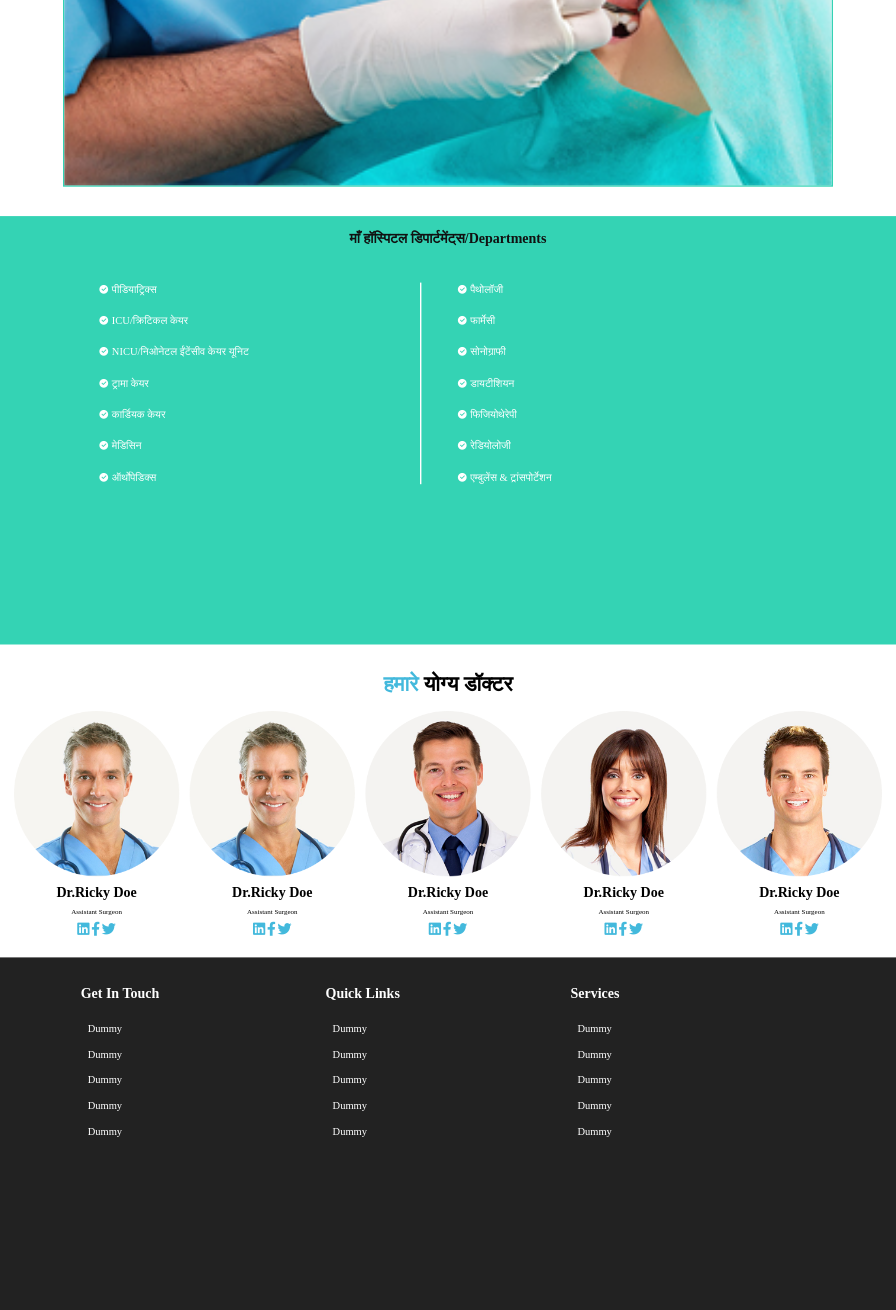
Repository: Aayush919/test
Page: index.html
These files come from the project's save history. The page is drawn as it stood at one moment and after the next save; the edit follows.
The browser window is 1280 px wide. The pictures show the part of the page from y = 2074 to 3994 px (the page is 3946 px tall before and 3994 px after), at 70% of full size.

Above is the page before, as saved 2023-10-15 09:05:53.

### index.html
<!DOCTYPE html>
<html lang="en">
<head>
    <meta charset="UTF-8">
    <meta http-equiv="X-UA-Compatible" content="IE=edge">
    <meta name="viewport" content="width=device-width, initial-scale=1.0">
    <link href="https://cdn.jsdelivr.net/npm/remixicon@3.5.0/fonts/remixicon.css" rel="stylesheet">
    <link rel="stylesheet" href="fontawesome-free-5.15.3-web/css/all.min.css">
    <link rel="stylesheet" href="style.css">
</head>
<body>
    <header class="header">
        <a href="#" id="logo"><span>माँ </span> हॉस्पिटल <span id="guna">गुना</span></a>

        <nav class="navbar">
        <a href="#">होम</a>
        <a href="#">अबाउट</a>
        <a href="#">गैलरी</a>
        <a href="#">ब्लॉग</a>
        <a href="#">संपर्क</a>

        </nav>

    <div class="icons">
        <i class="ri-linkedin-fill"></i>
        <i class="ri-whatsapp-fill"> </i>

    </div>

<a href="#" id="menu_bars" class="fas fa-bars"></a>
    </header>

   <div class="container">
       <div class="main-text">
           <h2> हमारे पास आपके लिए सर्वोत्तम चिकित्सा योजना विकल्प हैं !</h2>
           <button>संपर्क</button>
       </div>
   </div>
<!-- services we provide -->
<div class="service-section">
    <h2 id="ourservices">हमारी सर्विसेज</h2>
    <div class="inner-service-section">
        <div class="service-box">
            <img src="./images/opd.png" alt="">
        <h2 >मल्टी-स्पेशिलिटी OPD सर्विसेज</h2>
        <p><span>"माँ हॉस्पिटल गुना</span>, आपके लिए मल्टी-स्पेशियलिस्ट आउटपेशेंट डिपार्टमेंट (OPD) सेवा प्रदान करता है, जहाँ रोगियों को विभिन्न चिकित्सा क्षेत्रों के विशेषज्ञों का साथ एक ही छत के नीचे प्राप्त होता है।"</p>
        </div>
        <div class="service-box">
             <img src="./images/em.png" alt="">
        <h2>24*7 इमरजेंसी सर्विसेज</h2>

        <p>
            <span>"माँ हॉस्पिटल गुना</span>, 24*7 ( इमरजेंसी सर्विसेज ) आपातकालीन सेवाएँ प्रदान करते हैं, यानि हमेशा आपके स्वास्थ्य की देखभाल के लिए तैयार खड़े हैं, चाहे रात या दिन
            के किस भी समय हो।"
     </p>
        </div>
        <div class="service-box">
            <img src="./images/icu.png" alt="">
        <h2>ICU/क्रिटिकल केयर</h2>
        <p><span>"माँ हॉस्पिटल गुना</span>, में ICU और गंभीर देखभाल विभाग उन रोगियों के लिए है जो जीवन संकट की स्थिति में हैं। हम उनके लिए उनकी स्वास्थ्य स्थिति की सख्त निगरानी और उच्च गुणवत्ता वाला उपचार प्रदान करने के लिए समर्पित हैं।"
        </p>
        </div>

        <div class="service-box">
            <img src="./images/nicu.png" alt="">
        <h2>NICU/निओनेटल ईंटेंसीव केयर यूनिट</h2>
        <p><span>"माँ हॉस्पिटल गुना</span>,में NICU एक अलग शिशु चिकित्सा इकाई है, जिसमें अलग से जन्म वाले और बाहर से आए शिशुओं के लिए विशेष सेवाएँ उपलब्ध हैं। हम शिशुओं की स्वास्थ्य स्थिति की देखभाल करने और उनके जीवन को बचाने के लिए सशक्त प्रतिबद्ध हैं।"</p>
        </div>
    </div>


    <div class="inner-service-section">
        <div class="service-box">
            <img src="./images/pharmacy.png" alt="">
        <h2>24*7 फार्मेसी </h2>
        <p>"हम 24*7 फार्मेसी सेवा प्रदान करते हैं, ताकि आपको दवाओं और आवश्यक स्वास्थ्य सामग्री की आवश्यकता होने पर भी दिन रात किसी भी समय मिल सके।"
        </p>
        </div>
        <div class="service-box">
          <img src="./images/pathology.png" alt="">
        <h2>पैथोलॉजी</h2>
        <p>"हमारा पैथोलॉजी लैब उच्च गुणवत्ता वाली पथोलॉजी सेवाएँ प्रदान करता है और रोगीयों के निदान और चिकित्सा की सही दिशा में मदद करता है।"</p>
        </div>
        <div class="service-box">
          <img src="./images/ambulance.png" alt="">
        <h2>24*7 एम्बुलेंस</h2>
        <p>"हम एम्बुलेंस सेवा और यातायात की सुविधा प्रदान करते हैं, ताकि आपके स्वास्थ्य आवश्यकता के समय हमारे द्वारा आपको त्वरित और सुरक्षित रूप से पहुंचाया जा सके।"</p>
        </div>

        <div class="service-box">
       <img src="/images/cardiac.png" alt="">
        <h2>कार्डियक केयर</h2>
        <p>"हमारा कार्डियक केयर विभाग हृदय रोगों के निदान, उपचार, और देखभाल में विशेषज्ञता और उच्च गुणवत्ता की गारंटी है। हम रोगियों के स्वास्थ्य की निगरानी रखते हैं और उन्हें स्वस्थ जीवनशैली के लिए मार्गदर्शन प्रदान करते हैं। हम एक सुरक्षित और आदर्श दौरा प्रदान करके हृदय स्वास्थ्य की देखभाल करते हैं।"</p>
        </div>
    </div>
</div>





<div class="work-section">
    <div class="inner-work-section">
        <h2><span>माँ हॉस्पिटल</span>, द्वारा चलाये जाने वाले केम्प की अपडेटेड जानकारी यहा उपलब्ध है।
        </h2>
        <img src="./images/gallery 1.png" alt="">
        </div>
</div>


<!-- our depart-->
<div class="depart">
    <h1>माँ हॉस्पिटल डिपार्टमेंट्स/Departments</h1>
    <div id="keyservice">
        <div id="bx1">
            <h3><span><i class="ri-checkbox-circle-fill"></i></span><a href="#pg1">पीडियाट्रिक्स</a></h3>
            <h3><span><i class="ri-checkbox-circle-fill"></i></span><a href="#pg2">ICU/क्रिटिकल केयर</a></h3>
            <h3><span><i class="ri-checkbox-circle-fill"></i></span><a href="#pg4">NICU/निओनेटल ईंटेंसीव केयर यूनिट</a></h3>
            <h3><span><i class="ri-checkbox-circle-fill"></i></span><a href="#pg5">ट्रामा केयर </a></h3>
            <h3><span><i class="ri-checkbox-circle-fill"></i></span><a href="#pg6">कार्डियक केयर</a></h3>
            <h3><span><i class="ri-checkbox-circle-fill"></i></span><a href="#pg9">मेडिसिन</a></h3>
            <h3><span><i class="ri-checkbox-circle-fill"></i></span><a href="#pg3">ऑर्थोपेडिक्स</a></h3>

        </div>
        <div id="bx2">
            <h3><span><i class="ri-checkbox-circle-fill"></i></span><a href="#pg8">पैथोलॉजी
            </a></h3>
            <h3><span><i class="ri-checkbox-circle-fill"></i></span><a href="#pg7">फार्मेसी</a></h3>
            <h3><span><i class="ri-checkbox-circle-fill"></i></span><a href="#pg10">सोनोग्राफी</a></h3>
            <h3><span><i class="ri-checkbox-circle-fill"></i></span><a href="#pg11">डायटीशियन</a></h3>
            <h3><span><i class="ri-checkbox-circle-fill"></i></span><a href="#pg12">फिजियोथेरेपी
            </a></h3>
            <h3><span><i class="ri-checkbox-circle-fill"></i></span><a href="#pg13">रेडियोलोजी</a></h3>
            <h3><span><i class="ri-checkbox-circle-fill"></i></span><a href="#pg14">एम्बुलेंस &  ट्रांसपोर्टेशन </a></h3>

        </div>
    </div>
</div>
<!-- our depart ended -->

<!-- our team seaction -->
<div class="ourteam-section">
    <h2><span>हमारे </span>योग्य डॉक्टर</h2>
    <div class="ourteam-inner">
        <div class="section-box">
            <img src="images/ourteam1.png" alt="">
            <h3>Dr.Ricky Doe</h3>
            <p>assistant surgeon</p>
            <div class="team-social-links">
                <i class="fab fa-linkedin"></i>
                <i class="fab fa-facebook-f"></i>
                <i class="fab fa-twitter"></i>
            </div>
        </div>
        <div class="section-box">
            <img src="images/ourteam1.png" alt="">
            <h3>Dr.Ricky Doe</h3>
            <p>assistant surgeon</p>
            <div class="team-social-links">
                <i class="fab fa-linkedin"></i>
                <i class="fab fa-facebook-f"></i>
                <i class="fab fa-twitter"></i>
            </div>
        </div>
        <div class="section-box">
            <img src="images/ourteam2.png" alt="">
            <h3>Dr.Ricky Doe</h3>
            <p>assistant surgeon</p>
            <div class="team-social-links">
                <i class="fab fa-linkedin"></i>
                <i class="fab fa-facebook-f"></i>
                <i class="fab fa-twitter"></i>
            </div>
        </div>
        <div class="section-box">
            <img src="images/ourteam3.png" alt="">
            <h3>Dr.Ricky Doe</h3>
            <p>assistant surgeon</p>
            <div class="team-social-links">
                <i class="fab fa-linkedin"></i>
                <i class="fab fa-facebook-f"></i>
                <i class="fab fa-twitter"></i>
            </div>
        </div>
        <div class="section-box">
            <img src="images/ourteam4.png" alt="">
            <h3>Dr.Ricky Doe</h3>
            <p>assistant surgeon</p>
            <div class="team-social-links">
                <i class="fab fa-linkedin"></i>
                <i class="fab fa-facebook-f"></i>
                <i class="fab fa-twitter"></i>
            </div>
        </div>

    </div>

</div>
<!-- our team seaction -->

<!-- creating footer -->

<div class="main-footer">
    <div class="inner-footer">
        <h2>get in touch</h2>
        <a href="#">dummy</a>
        <a href="#">dummy</a>
        <a href="#">dummy</a>
        <a href="#">dummy</a>
        <a href="#">dummy</a>
    </div>

    <div class="inner-footer">
        <h2>quick links</h2>
        <a href="#">dummy</a>
        <a href="#">dummy</a>
        <a href="#">dummy</a>
        <a href="#">dummy</a>
        <a href="#">dummy</a>
    </div>

    <div class="inner-footer">
        <h2>services</h2>
        <a href="#">dummy</a>
        <a href="#">dummy</a>
        <a href="#">dummy</a>
        <a href="#">dummy</a>
        <a href="#">dummy</a>
    </div>
</div>

<!-- creating footer -->




















    <script src="script.js"></script>
</body>
</html>




<!-- <div class="gel">

    <div class="galleryheading">
        <h2>हमारी <span> गैलरी</span></h2>
    </div>
    <div class="gallery">
        <img src="./images/gallery 1.png" alt="">
        <img src="./images/gallery 1.png"  alt="">
        <img src="./images/gallery3.png" alt="">
        <img src="./images/gallery 4.png" alt="">
        <img src="./images/gallery5.png" alt="">
        <img src="./images/gallery6.png" alt="">
        <img src="/images/gallery6.png" alt="">
        <img src="/images/gallery6.png" alt="">
        <img src="/images/gallery6.png" alt="">
    </div>

</div> -->

### style.css
@import url('https://fonts.googleapis.com/css2?family=Roboto:wght@100;300;400;500;700&display=swap');
:root{
    --fontcolor:#43b9dc;
    --backgroundcolor:#34d3b4;
}
*{
    margin: 0;
    padding: 0;
    font-family:gilroy;
    box-sizing: border-box;
    transition: all .2s linear;
    text-transform: capitalize;
    text-decoration: none;
}
html{
    font-size: 62.5%;
    overflow-x: hidden;
    scroll-behavior: smooth;
}
header{
    position: fixed;
    top: 0;
    left: 0;
    right: 0;
    padding: 2rem 7%;
    display: flex;
    justify-content: space-between;
    align-items: center;
    background:white;
    box-shadow: 0 1rem 1rem rgb(0, 0, 0, .1);
    z-index: 10000000;
}
#guna{
    font-size: 15px;

}
header #logo{
    font-size: 3rem;
    color: black;
}
header #logo span{
    color: var(--fontcolor);
}
header .navbar a{
    font-weight: 600;

    font-size: 1.8rem;
    color: var(--fontcolor);
    margin-left: 1.5rem;
}
.icons i{
font-size: 2rem;
color: var(--fontcolor);
margin-left: 1rem;
}
header #menu_bars{
    font-size: 2rem;
    color: var(--fontcolor);
    display: none;
}
header .navbar.active{
    left: 0;
    transition: .5s;
}
.main-image{

    background-repeat: no-repeat;
    background-size: cover;
    background-position: center;
    width: 100%;
    margin-top: 75px;
    height: 100vh;
}
.container{
    background: url("./images/headerimage.jpg");
    width: 100%;
    padding-top: 8.5rem;
    background-position: center;
    background-size: cover;
    background-repeat: no-repeat;
    height: 100vh;
}
.container .main-text{
    width: 50%;
    position: absolute;
    top: 200px;
    padding: 0 2rem;
    text-align: center;
}
.container .main-text h2{
    font-size: 40px;
    color: #fff;
    padding-bottom: 1.5rem;
}
.container .main-text button{
    padding: 1.5rem 3.5rem;
    background: #3FC1D1;
    color: white;
    border: none;
    border-radius:1px;

    font-weight: 700;
}
.service-section{
    padding: 2rem 7%;
    background: linear-gradient(#43b9dc, #34d3b4);
    min-height: 50vh;
}
#ourservices{
    color: white;
    font-size: 30px;
    padding: 2rem 0;
    text-align: center;
}
.inner-service-section{
    display: flex;
    flex-wrap: wrap;
    gap: 15px;
    justify-content: center;
    text-align: center;
}
.service-box{
    flex: 1 1 200px;
    padding: 5rem 0;
    box-shadow: 0 1rem 1rem rgba(0, 0, 0, .1);
}
.service-box img{
    color: white;
     height: 10rem;
    padding: .5rem 0;
}

.service-box h2{
    color: white;
    font-size: 1.8rem;
    padding: 1rem 0;
}
.service-box p{
    color: white;
    font-size: 1.5rem;
    padding: 0 1rem;
}
.work-section{
    padding: 4rem 7%;
    display: grid;
    grid-template-columns: 2fr 1fr;
    justify-content: center;

}
.inner-work-section img{
    width:  110rem;
    border: 2px solid #34d3b4;
    margin-top: 10px;
}
.inner-work-section h2{
    font-size: 2rem;
    padding: .5rem 0;

}
.inner-work-section h2 span{
    color:#34d3b4;

}
.scnclass{
    padding: 0 1rem;
}
.myimages{
    display: grid;
    grid-template-columns: 1fr 1fr;
    padding-top: 1rem;
}
.btn{
    padding: 1rem 3rem;
    background: var(--backgroundcolor);
    border-radius: 15px;
   display: inline-block;
   color: white;
   font-size: 18px;
   margin-top: 5px;
}
.creative-text{
    padding: 2rem 0;
}
.depart{
    background: var(--backgroundcolor);
    min-height: 85vh;
    padding: 2rem 9%;
}
.depart h1{
    color:#111;
    display: flex;
    align-self: center;
    justify-content: center;
    font-size: 2rem;
}

/* .galleryheading{ */
    /* color: #111;
    padding: 2rem 0;
    text-align: center;
    font-size: 20px;
}
.galleryheading span{
    color: var(--fontcolor);
}
.main-gallery .gallery-box{
    flex: 1 1 300px;
}
.main-gallery{
    display: flex;
    flex-wrap: wrap;
    gap: 15px;
}
.gallery-box img{
    width: 100%;
} */
.ourteam-section{
    padding: 2rem;
}
.ourteam-section h2{
    padding: 2rem;
    font-size: 3rem;
    text-align: center;
}
.ourteam-section h2 span{
    color: var(--fontcolor);
}
.ourteam-inner{
    display: flex;
    /* flex-wrap: wrap; */
    text-align: center;
    gap: 15px;
}
.ourteam-inner .section-box{
    flex: 1 1 250px;
}
.ourteam-inner .section-box img{
    width: 100%;
}
.section-box h3{
    padding: 1rem 0;
    font-size: 2rem;
}
.team-social-links i{
    color: var(--fontcolor);
    font-size: 2rem;
    padding:1rem 0;
}
.main-footer{
    display: flex;
    flex-wrap: wrap;
    justify-content: space-between;
    background: #222;
    padding: 2rem 9%;
    height: 70vh;
}
.inner-footer{
    flex: 1 1 200px;
}
.inner-footer h2{
    color: white;
    font-size: 2rem;
    padding: 2rem 0;
}
.inner-footer a{
    display: block;

    color: white;
    font-size: 1.5rem;
    padding: 1rem;
}












@media (max-width:768px) {
    html{
        font-size: 50%;
    }
    header #menu_bars{
        display: initial;
    }

    header .navbar{
        position: absolute;
        top: 100%;
        left: 100%;
        right: 0;
        background: var(--backgroundcolor);
        height: 100vh;
        text-align: center;

    }
    header .navbar a{
        display: block;

        background: white;
        margin-top: 1rem;
        padding: 2rem;
        width: 90%;
        border-radius: 10px;
    }
    .container .main-text{
        width: 70%;
        padding: 0 ;
    }
   .work-section{
       display: grid;
       grid-template-columns: 1fr;

   }
   .myimages img{
       width: 100%;
   }
   .btn{
       display: block;
   }
   .inner-work-section h2{
    font-size:1.2rem;
   display: flex;
   flex-wrap: wrap;
   align-self:center;
   justify-content: center;
}

.depart{
    background: var(--backgroundcolor);
    min-height:65vh;
    padding: 2rem 9%;
}

.depart h1{
    color:#111;
    display: flex;
    align-self: center;
    justify-content: center;
    font-size: 1.9rem;
}
.ourteam-inner{
    display: flex;
    flex-wrap: wrap;
    text-align: center;
    gap: 15px;
}

}

/*
.gallery{
    display: grid;
    grid-template-columns: repeat(3, 1fr);
    gap: 1vh;
    margin-inline: auto;
    max-width: 70rem;

    background: #141414;
    background: var(--backgroundcolor);
    padding: 1vh;
}

 .gallery > img{
    width: 100%;
    aspect-ratio: 1 / 1;
    object-fit: cover;
    transition: all 0.3s ease;
    border-radius:2px;

}

.gallery:has(img:hover) img:not(:hover) {
    scale: 0.8;
    opacity: 0.5;
    filter: grayscale(70%);
}
 */


#keyservice {
    padding-top: 4vw;
    padding-left: 2vw;
    font-family: g-r;
    /* background-color: crimson; */
    height: 55vh;
    display: flex;
    justify-content: space-between;
}

#keyservice h3 {
    color: #ffffff;
    display: flex;
    cursor: pointer;
    font-family: g-r;
    font-weight: 300;
    font-size: 1.5rem;

     line-height: 2rem;

}

#keyservice h3:hover {
    color: yellow;
    font-weight: 500;
}

#keyservice h3 span {
    color: #ffffff;
    margin-right: 4px;
}

#keyservice h3 a {
    text-decoration: none;
    color: #fff;
}

#keyservice h3 a:hover {
    color: yellow;
}

#bx1 {
    /* background-color: #77b9d7; */
    height: 40vh;
    display: flex;
    flex-direction: column;
    justify-content: space-between;
    width: 45%;
    border-right: 2px solid white;
}

#bx2 {
    height: 40vh;
    display: flex;
    flex-direction: column;
    justify-content: space-between;
    /* height: 25.5vh; */
    width: 50%;
    /* background-color: #9477d7; */
}

### script.js
let menubtn =document.querySelector('#menu_bars');
let mynav =document.querySelector('.navbar');

menubtn.onclick = () =>{
    menubtn.classList.toggle('fa-times');
    mynav.classList.toggle('active');
}

Loaded but not shown: fontawesome-free-5.15.3-web/css/all.min.css (library)

After the next save:
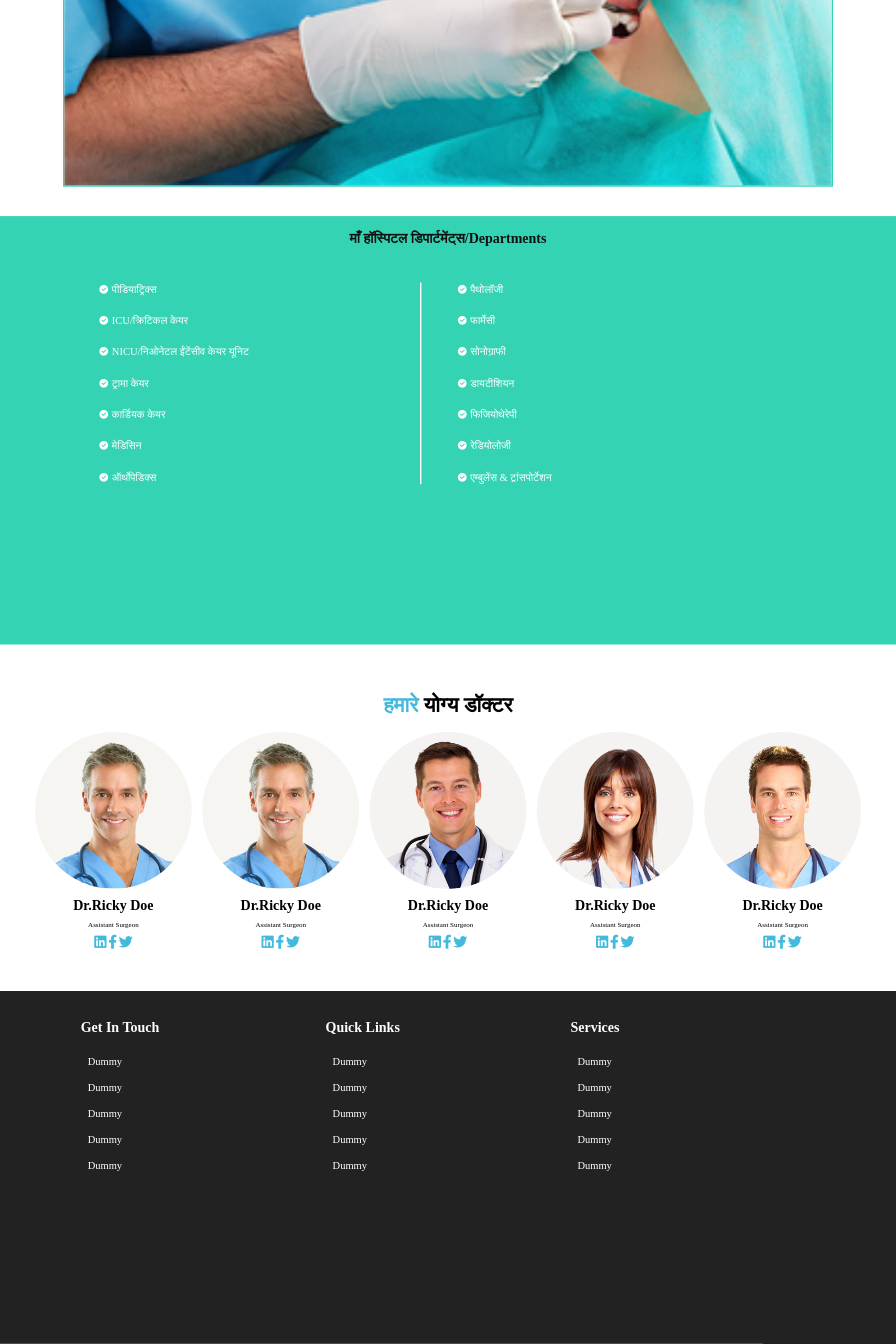
Saved 30 s later.
--- a/style.css
+++ b/style.css
@@ -215,7 +215,7 @@ header .navbar.active{
     width: 100%;
 } */
 .ourteam-section{
-    padding: 2rem;
+    padding: 5rem;
 }
 .ourteam-section h2{
     padding: 2rem;
